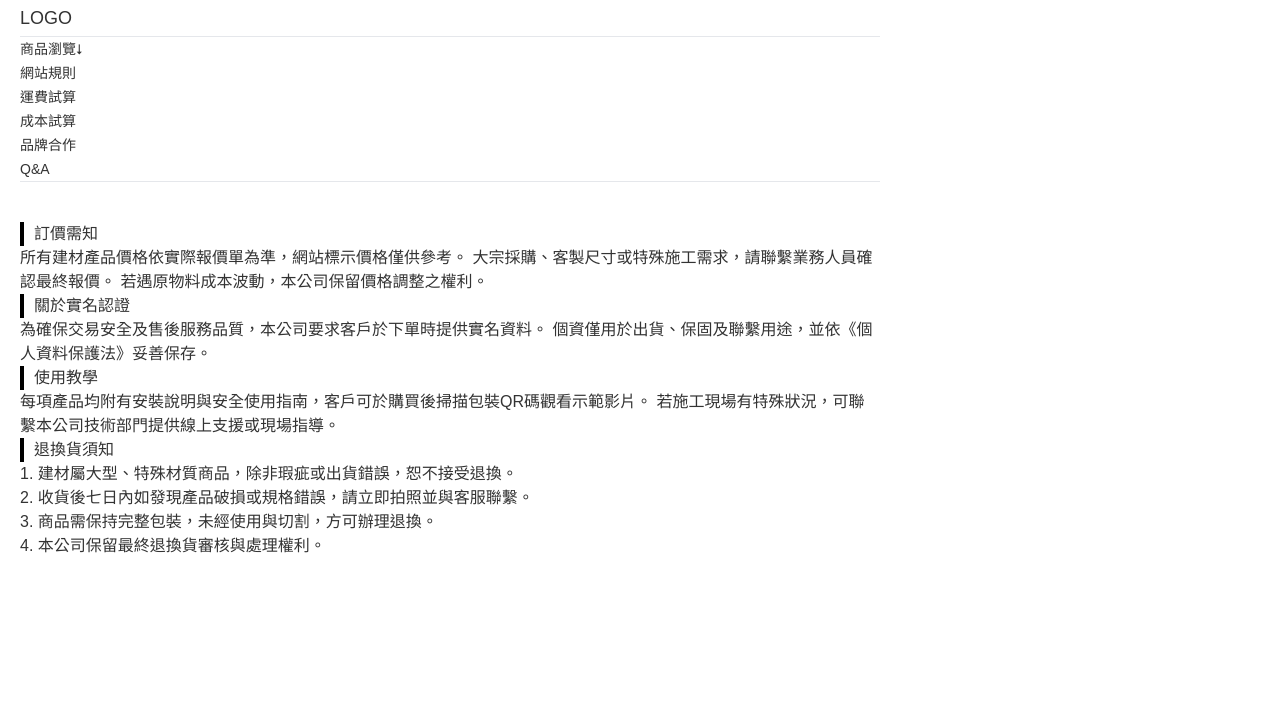
Repository: Jeffrey0117/wood
Page: refund.html
The author's editor kept a copy of each file at every save. The page is drawn from the files as they stood at one save, then again after the next save.
The browser window is 1280 px wide. The pictures show the whole page.
Some web libraries are served in a nearby version.

Above is the page before, as saved 2025-10-31 19:53:02.

### refund.html
<!DOCTYPE html>
<html lang="zh-Hant">
<head>
  <meta charset="UTF-8">
  <title>退換貨須知 | 建材公司</title>
  <script src="https://cdn.tailwindcss.com"></script>

  <style>
    body {
      font-family: "Microsoft JhengHei", sans-serif;
      line-height: 1.8;
      color: #333;
      max-width: 900px;
      margin: 50px auto;
      padding: 0 20px;
    }
    h2 {
      font-size: 22px;
      font-weight: 700;
      margin-top: 40px;
      margin-bottom: 10px;
      border-left: 4px solid #000;
      padding-left: 10px;
    }
    p {
      margin-left: 14px;
      margin-bottom: 20px;
    }
  </style>
</head>
<!-- Header -->
<header class="flex items-center transition-[height] shrink-0 bg-background h-(--header-height)" id="header" data-kt-sticky="true" data-kt-sticky-class="transition-[height] fixed z-10 top-0 left-0 right-0 shadow-xs backdrop-blur-md bg-background/70 border border-border" data-kt-sticky-name="header" data-kt-sticky-offset="100px">
  <!-- Container -->
  <div class="kt-container-fixed flex lg:justify-between items-center gap-2.5">
    <!-- Logo -->
    <div class="flex items-center gap-1 lg:w-[400px] grow lg:grow-0">
      <button class="kt-btn kt-btn-icon kt-btn-ghost -ms-2.5 lg:hidden" data-kt-drawer-toggle="#navbar">
        <i class="ki-filled ki-menu"></i>
      </button>
      <div class="flex items-center gap-2">
        <h3 class="text-mono text-lg font-medium hidden md:block">LOGO</h3>
      </div>
    </div>
    <!-- End of Logo -->

    <!-- Topbar -->
    <div class="flex items-center gap-2 lg:gap-4 lg:w-[400px] justify-end">
      <button class="kt-btn kt-btn-icon kt-btn-ghost size-9 relative rounded-full hover:bg-primary/10 [&.active]:bg-primary/10 hover:[&_i]:text-primary [&.active]:[&_i]:text-primary">
        <i class="ki-filled ki-handcart text-lg text-xl"></i>
      </button>
    </div>
    <!-- End of Topbar -->
  </div>
  <!-- End of Container -->
</header>
<!-- End of Header -->

<!-- Navbar -->
<div class="bg-muted hidden lg:flex lg:items-stretch border-y border-input lg:mb-10 [--kt-drawer-enable:true] lg:[--kt-drawer-enable:false]" id="navbar" data-kt-drawer="true" data-kt-drawer-class="kt-drawer kt-drawer-start fixed z-10 top-0 bottom-0 w-full me-5 max-w-[250px] p-5 lg:p-0 overflow-auto">
  <div class="kt-container-fixed lg:flex lg:flex-wrap lg:justify-between lg:items-center gap-2 px-0 lg:px-7.5">
    <div class="kt-menu items-stretch flex-col lg:flex-row gap-5 lg:gap-7.5 grow lg:grow-0" id="mega_menu">

      <!-- 商品瀏覽 -->
      <div class="kt-menu-item">
        <a href="#" class="kt-menu-link lg:py-4 text-foreground text-sm font-medium">
          商品瀏覽⭣
        </a>
      </div>

      <!-- 網站規則 -->
      <div class="kt-menu-item">
        <a href="#" class="kt-menu-link lg:py-4 text-foreground text-sm font-medium">
          網站規則
        </a>
      </div>

      <!-- 運費試算 -->
      <div class="kt-menu-item">
        <a href="#" class="kt-menu-link lg:py-4 text-foreground text-sm font-medium">
          運費試算
        </a>
      </div>

      <!-- 成本試算 -->
      <div class="kt-menu-item">
        <a href="#" class="kt-menu-link lg:py-4 text-foreground text-sm font-medium">
          成本試算
        </a>
      </div>

      <!-- 品牌合作 -->
      <div class="kt-menu-item">
        <a href="#" class="kt-menu-link lg:py-4 text-foreground text-sm font-medium">
          品牌合作
        </a>
      </div>

      <!-- Q&A -->
      <div class="kt-menu-item">
        <a href="#" class="kt-menu-link lg:py-4 text-foreground text-sm font-medium">
          Q&A
        </a>
      </div>

    </div>
  </div>
</div>
<!-- End of Navbar -->

<body>

  <h2>訂價需知</h2>
  <p>
    所有建材產品價格依實際報價單為準，網站標示價格僅供參考。
    大宗採購、客製尺寸或特殊施工需求，請聯繫業務人員確認最終報價。
    若遇原物料成本波動，本公司保留價格調整之權利。
  </p>

  <h2>關於實名認證</h2>
  <p>
    為確保交易安全及售後服務品質，本公司要求客戶於下單時提供實名資料。
    個資僅用於出貨、保固及聯繫用途，並依《個人資料保護法》妥善保存。
  </p>

  <h2>使用教學</h2>
  <p>
    每項產品均附有安裝說明與安全使用指南，客戶可於購買後掃描包裝QR碼觀看示範影片。
    若施工現場有特殊狀況，可聯繫本公司技術部門提供線上支援或現場指導。
  </p>

  <h2>退換貨須知</h2>
  <p>
    1. 建材屬大型、特殊材質商品，除非瑕疵或出貨錯誤，恕不接受退換。<br>
    2. 收貨後七日內如發現產品破損或規格錯誤，請立即拍照並與客服聯繫。<br>
    3. 商品需保持完整包裝，未經使用與切割，方可辦理退換。<br>
    4. 本公司保留最終退換貨審核與處理權利。
  </p>

</body>
</html>

After the next save:
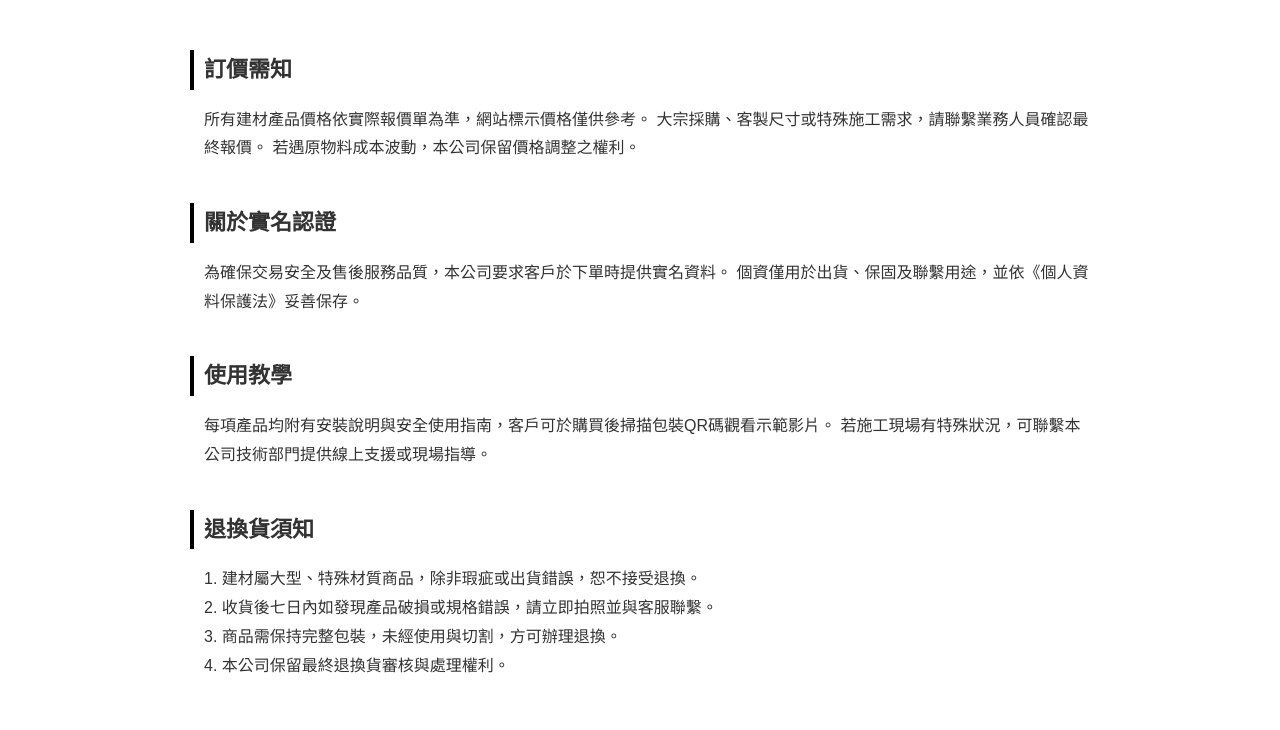
Saved 12 s later.
--- a/refund.html
+++ b/refund.html
@@ -3,8 +3,6 @@
 <head>
   <meta charset="UTF-8">
   <title>退換貨須知 | 建材公司</title>
-  <script src="https://cdn.tailwindcss.com"></script>
-
   <style>
     body {
       font-family: "Microsoft JhengHei", sans-serif;
@@ -28,84 +26,6 @@
     }
   </style>
 </head>
-<!-- Header -->
-<header class="flex items-center transition-[height] shrink-0 bg-background h-(--header-height)" id="header" data-kt-sticky="true" data-kt-sticky-class="transition-[height] fixed z-10 top-0 left-0 right-0 shadow-xs backdrop-blur-md bg-background/70 border border-border" data-kt-sticky-name="header" data-kt-sticky-offset="100px">
-  <!-- Container -->
-  <div class="kt-container-fixed flex lg:justify-between items-center gap-2.5">
-    <!-- Logo -->
-    <div class="flex items-center gap-1 lg:w-[400px] grow lg:grow-0">
-      <button class="kt-btn kt-btn-icon kt-btn-ghost -ms-2.5 lg:hidden" data-kt-drawer-toggle="#navbar">
-        <i class="ki-filled ki-menu"></i>
-      </button>
-      <div class="flex items-center gap-2">
-        <h3 class="text-mono text-lg font-medium hidden md:block">LOGO</h3>
-      </div>
-    </div>
-    <!-- End of Logo -->
-
-    <!-- Topbar -->
-    <div class="flex items-center gap-2 lg:gap-4 lg:w-[400px] justify-end">
-      <button class="kt-btn kt-btn-icon kt-btn-ghost size-9 relative rounded-full hover:bg-primary/10 [&.active]:bg-primary/10 hover:[&_i]:text-primary [&.active]:[&_i]:text-primary">
-        <i class="ki-filled ki-handcart text-lg text-xl"></i>
-      </button>
-    </div>
-    <!-- End of Topbar -->
-  </div>
-  <!-- End of Container -->
-</header>
-<!-- End of Header -->
-
-<!-- Navbar -->
-<div class="bg-muted hidden lg:flex lg:items-stretch border-y border-input lg:mb-10 [--kt-drawer-enable:true] lg:[--kt-drawer-enable:false]" id="navbar" data-kt-drawer="true" data-kt-drawer-class="kt-drawer kt-drawer-start fixed z-10 top-0 bottom-0 w-full me-5 max-w-[250px] p-5 lg:p-0 overflow-auto">
-  <div class="kt-container-fixed lg:flex lg:flex-wrap lg:justify-between lg:items-center gap-2 px-0 lg:px-7.5">
-    <div class="kt-menu items-stretch flex-col lg:flex-row gap-5 lg:gap-7.5 grow lg:grow-0" id="mega_menu">
-
-      <!-- 商品瀏覽 -->
-      <div class="kt-menu-item">
-        <a href="#" class="kt-menu-link lg:py-4 text-foreground text-sm font-medium">
-          商品瀏覽⭣
-        </a>
-      </div>
-
-      <!-- 網站規則 -->
-      <div class="kt-menu-item">
-        <a href="#" class="kt-menu-link lg:py-4 text-foreground text-sm font-medium">
-          網站規則
-        </a>
-      </div>
-
-      <!-- 運費試算 -->
-      <div class="kt-menu-item">
-        <a href="#" class="kt-menu-link lg:py-4 text-foreground text-sm font-medium">
-          運費試算
-        </a>
-      </div>
-
-      <!-- 成本試算 -->
-      <div class="kt-menu-item">
-        <a href="#" class="kt-menu-link lg:py-4 text-foreground text-sm font-medium">
-          成本試算
-        </a>
-      </div>
-
-      <!-- 品牌合作 -->
-      <div class="kt-menu-item">
-        <a href="#" class="kt-menu-link lg:py-4 text-foreground text-sm font-medium">
-          品牌合作
-        </a>
-      </div>
-
-      <!-- Q&A -->
-      <div class="kt-menu-item">
-        <a href="#" class="kt-menu-link lg:py-4 text-foreground text-sm font-medium">
-          Q&A
-        </a>
-      </div>
-
-    </div>
-  </div>
-</div>
-<!-- End of Navbar -->
 
 <body>
 
